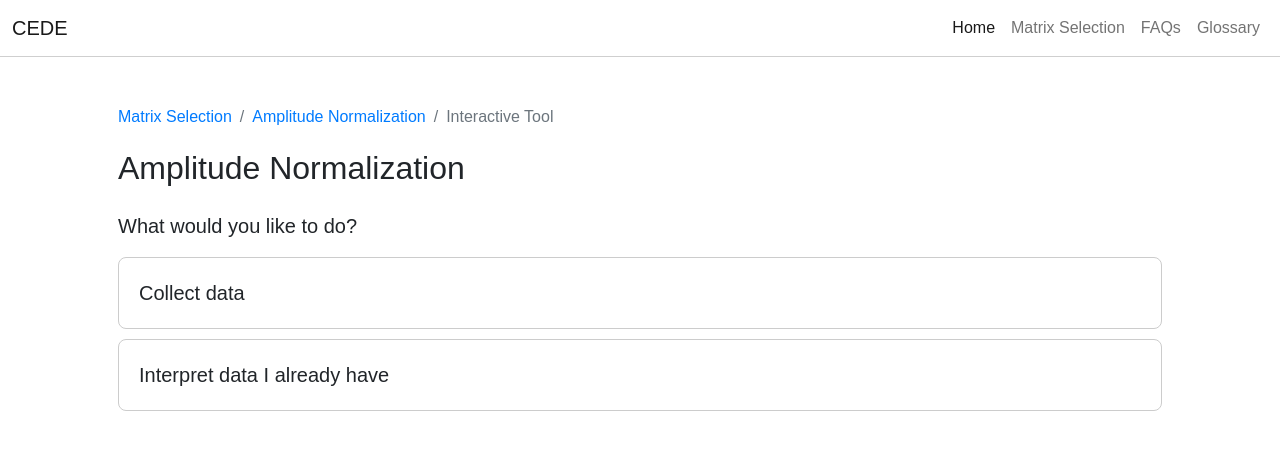
Repository: devashrisamani/CEDE-Website
Page: website/matrix.html
An editor plug-in stored every save of this project. The page is shown before and after the next save, followed by the edit.
The browser window is 1280 px wide. The pictures show the whole page.

Above is the page before, as saved 2024-06-19 18:49:42.
Console error: TypeError: Cannot read properties of null (reading 'addEventListener')

### website/matrix.html
<!DOCTYPE html>
<html lang="en">
  <head>
    <meta charset="UTF-8" />
    <meta name="viewport" content="width=device-width, initial-scale=1.0" />
    <title>CEDE Decision Tree</title>
    <link
      href="https://cdn.jsdelivr.net/npm/bootstrap@5.1.3/dist/css/bootstrap.min.css"
      rel="stylesheet"
    />
    <link rel="stylesheet" href="styles.css" />
  </head>
  <body>
    <!-- Navigation Bar (consistent with other pages) -->
    <nav class="navbar navbar-expand-lg navbar-light bg-white">
      <div class="container-fluid">
        <a class="navbar-brand" href="#">CEDE</a>
        <button
          class="navbar-toggler"
          type="button"
          data-bs-toggle="collapse"
          data-bs-target="#navbarNavAltMarkup"
          aria-controls="navbarNavAltMarkup"
          aria-expanded="false"
          aria-label="Toggle navigation"
        >
          <span class="navbar-toggler-icon"></span>
        </button>
        <div
          class="collapse navbar-collapse justify-content-end"
          id="navbarNavAltMarkup"
        >
          <div class="navbar-nav">
            <a class="nav-link active" href="#">Home</a>
            <a class="nav-link" href="#">Matrix Selection</a>
            <a class="nav-link" href="#">FAQs</a>
            <a class="nav-link" href="#">Glossary</a>
          </div>
        </div>
      </div>
    </nav>

    <!-- Main Content -->
    <div class="container mt-5 px-5">
      <nav aria-label="breadcrumb">
        <ol class="breadcrumb">
          <li class="breadcrumb-item"><a href="#">Matrix Selection</a></li>
          <li class="breadcrumb-item">
            <a href="#">Amplitude Normalization</a>
          </li>
          <li class="breadcrumb-item active" aria-current="page">
            Interactive Tool
          </li>
        </ol>
      </nav>
      <h2 class="mb-4">Amplitude Normalization</h2>
      <p class="lead">What would you like to do?</p>
      <div class="options-container">
        <div class="option" onclick="selectOption('collect-data')">
          <span>Collect data</span>
        </div>
        <div class="option" onclick="selectOption('interpret-data')">
          <span>Interpret data I already have</span>
        </div>
      </div>
    </div>

    <!-- Scripts -->
    <script src="script.js"></script>
    <script src="https://cdn.jsdelivr.net/npm/bootstrap@5.1.3/dist/js/bootstrap.bundle.min.js"></script>
  </body>
</html>

### website/styles.css
body {
  font-family: Arial, sans-serif;
  margin: 0;
  padding: 0;
  background-color: white;
}

.navbar {
  border-bottom: 1px solid #cfcfcf;
}

.breadcrumb {
  background-color: white;
  padding: 0;
  margin-bottom: 20px;
}

.breadcrumb-item a {
  color: #007bff;
  text-decoration: none;
}

.breadcrumb-item a:hover {
  text-decoration: underline;
}

#decision-form {
  background: #f8f9fa; /* Light grey background */
  padding: 20px;
  width: 100%;
  border: 1px solid #ccc;
  border-radius: 8px;
}

.option {
  display: flex;
  justify-content: space-between;
  align-items: center;
  border: 1px solid #ccc;
  margin-bottom: 10px;
  padding: 20px;
  cursor: pointer;
  background-color: white;
  border-radius: 8px;
}

.option:hover {
  background-color: #f0f0f0;
}

.option span {
  font-size: 1.25rem;
  font-weight: 500;
}

button {
  padding: 10px 20px;
  cursor: pointer;
  border: none;
  background: #007bff;
  color: white;
  border-radius: 5px;
  margin-top: 10px;
}

button#back-button {
  background: #6c757d;
}

button:disabled {
  background: #eee;
  color: #aaa;
  cursor: default;
}

### website/script.js
function selectOption(option) {
  console.log("Option selected:", option);
  // Add logic to handle the selected option, such as updating the page content
}

// page 2

function selectOption(option) {
  console.log("Option selected:", option);
  // Here, you can redirect to another page or load new content based on the option
}

function goBack() {
  window.history.back(); // This will take you to the previous page in the history stack
}

// Decision tree functions
const questions = [
  "Does your experiment involve comparisons between muscles or within muscles?",
  "Does your experiment involve comparisons between sessions or within a session?",
  "Does your experiment involve within-group comparisons or between-groups comparisons?",
  "Can your participants perform MVC?",
];

const responses = [
  ["Between muscles", "Within muscle"],
  ["Between sessions", "Within a session"],
  ["Within-group comparison", "Between-groups comparison"],
  ["Yes", "No"],
];

const decisionTree = {
  "Within muscle": {
    "Within a session": {
      "Within-group comparison": {
        Yes: "Experimental context 1: Amplitude comparison within a person and muscle, between conditions/tasks (within a session). *Without removing electrodes (1.1 - 1.6)",
      },
    },
  },
};

function getRecommendation(responses) {
  let node = decisionTree;
  for (let response of responses) {
    if (node[response]) {
      node = node[response];
    } else {
      return "No recommendation found for the given responses.";
    }
  }
  return node;
}

document.getElementById("get-recommendation").addEventListener("click", () => {
  const userResponses = [
    document.getElementById("q1-select").value,
    document.getElementById("q2-select").value,
    document.getElementById("q3-select").value,
    document.getElementById("q4-select").value,
  ];
  const recommendation = getRecommendation(userResponses);
  document.getElementById("recommendation").innerText = recommendation;
});

// CEDE Collaborations section

function showSection(sectionId) {
  const sections = document.querySelectorAll(".team-section");
  const buttons = document.querySelectorAll(".btn-toggle");
  sections.forEach((section) => {
    section.classList.add("d-none");
  });
  buttons.forEach((button) => {
    button.classList.remove("active");
  });
  document.getElementById(sectionId).classList.remove("d-none");
  document
    .querySelector(`button[onclick="showSection('${sectionId}')"]`)
    .classList.add("active");
}

After the next save:
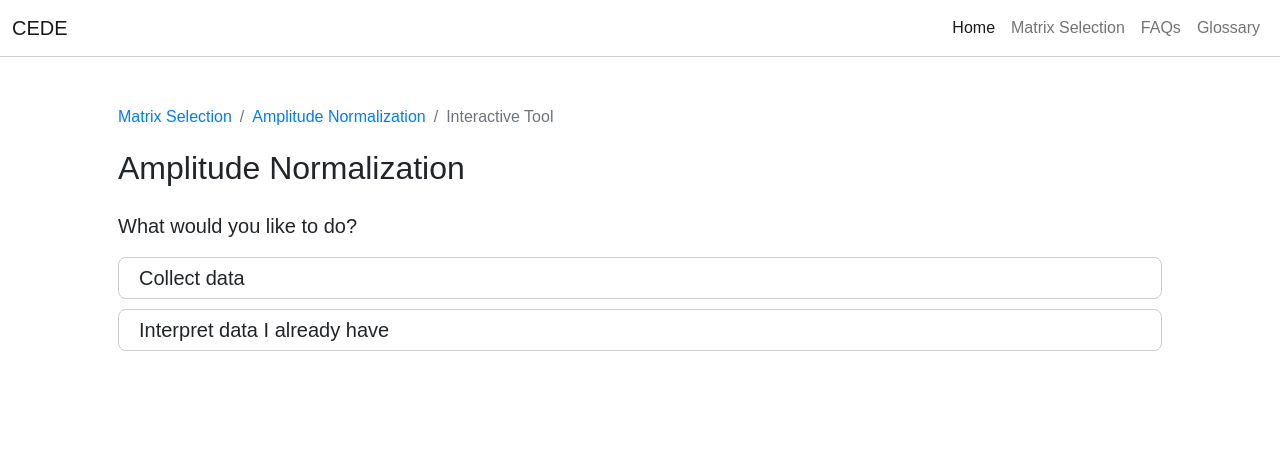
Saved 2 min 29 s later.
--- a/website/styles.css
+++ b/website/styles.css
@@ -42,6 +42,7 @@ body {
   cursor: pointer;
   background-color: white;
   border-radius: 8px;
+  height: 30px;
 }
 
 .option:hover {
